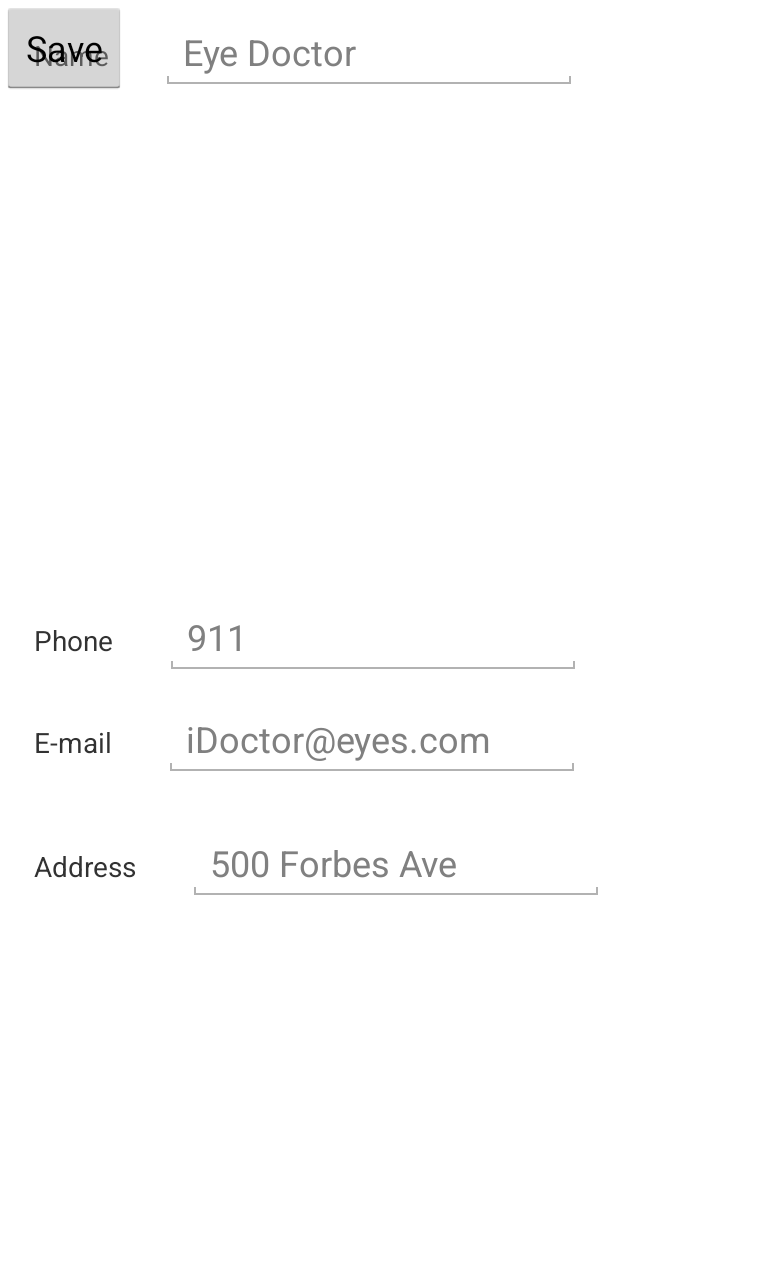
Repository: ranika/pilltracker
Layout: PillTracker/res/layout/f_doctors_doctoreditactivity.xml
The author's editor kept a copy of each file at every save. The layout is drawn from the files as they stood at one save, then again after the next save.
It is drawn on a 768 x 1280 px phone screen (xhdpi) without system bars, with theme AppTheme; the app's code is not run.

Above is the layout before, as saved 2014-04-21 03:20:10.

After the next save:
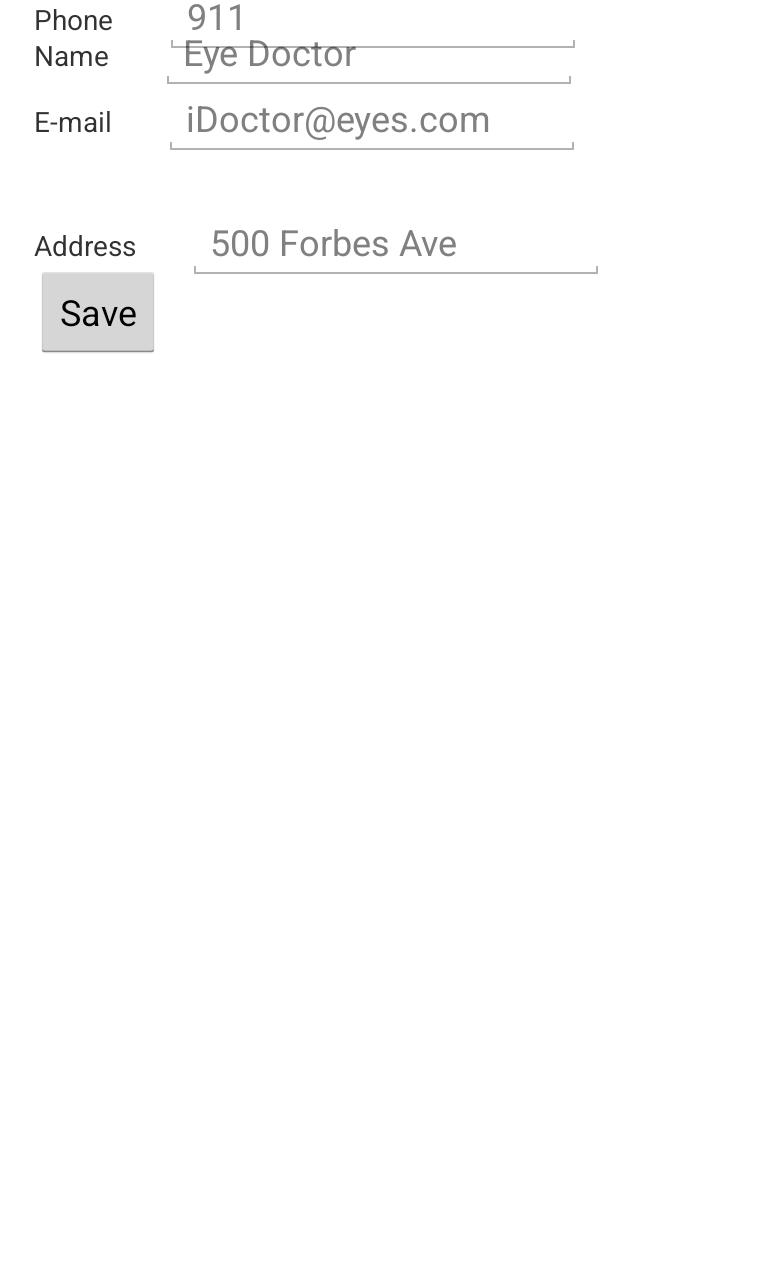
Saved 84 s later.
--- a/PillTracker/res/layout/f_doctors_doctoreditactivity.xml
+++ b/PillTracker/res/layout/f_doctors_doctoreditactivity.xml
@@ -68,12 +68,12 @@
 
     -->
 
-	<!-- android:layout_alignLeft="@+id/fdea_cb3" -->
+	<!-- android:layout_alignLeft="@+id/fdea_cb3"
+	android:layout_centerVertical="true" -->
     <TextView
         android:id="@+id/textView3"
         android:layout_width="wrap_content"
         android:layout_height="wrap_content"
-        android:layout_centerVertical="true"
         android:layout_marginLeft="17dp"
         android:text="@string/phone" />
 
@@ -135,8 +135,8 @@
         android:id="@+id/fepa_button1"
         android:layout_width="wrap_content"
         android:layout_height="wrap_content"
-        android:layout_alignLeft="@+id/textView6"
-        android:layout_below="@+id/textView6"
+        android:layout_alignLeft="@+id/textView5"
+        android:layout_below="@+id/textView5"
         android:text="@string/save"
         android:onClick="goBack" />
 
